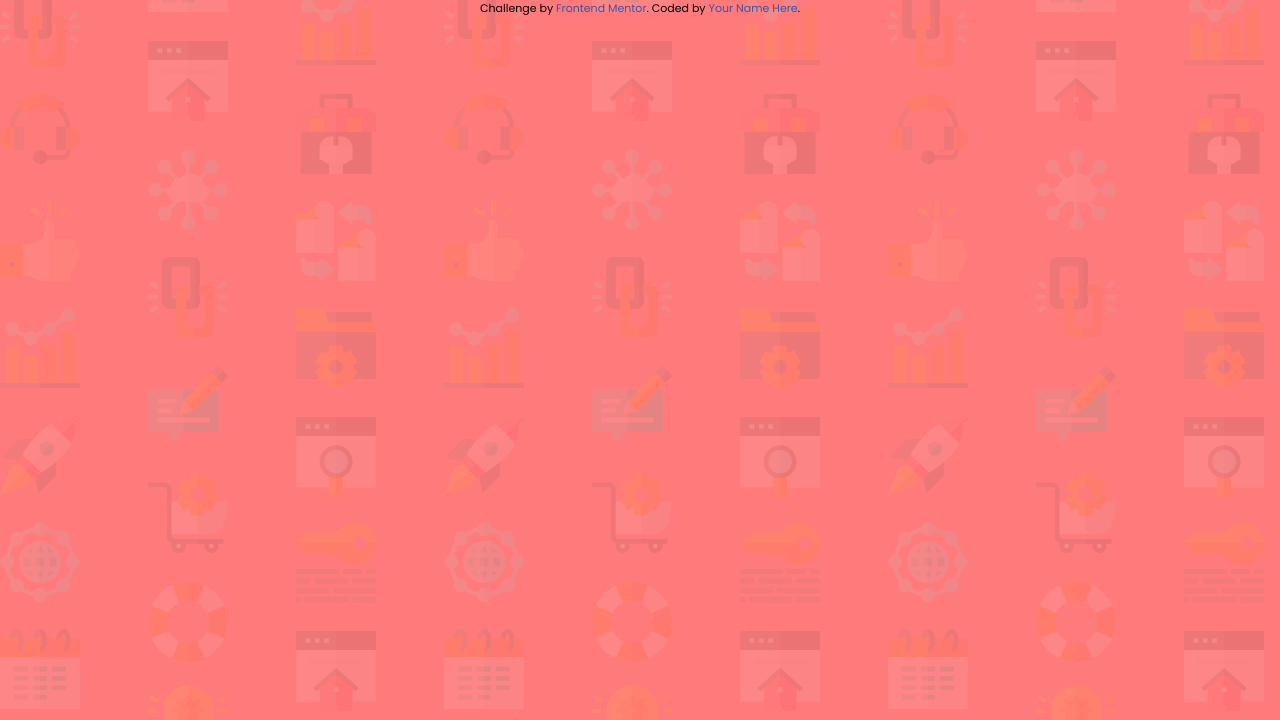
Repository: Akashiii1/WebSignup_Form_Day2
Page: index.html
The author's editor kept a copy of each file at every save. The page is drawn from the files as they stood at one save, then again after the next save.
The browser window is 1280 px wide. The pictures show the whole page.

Above is the page before, as saved 2021-12-19 16:22:28.

### index.html
<!DOCTYPE html>
<html lang="en">
<head>
  <meta charset="UTF-8">
  <meta name="viewport" content="width=device-width, initial-scale=1.0"> <!-- displays site properly based on user's device -->

  <link rel="icon" type="image/png" sizes="32x32" href="./images/favicon-32x32.png">

  <title>Frontend Mentor | Intro component with sign up form</title>

  <!-- Feel free to remove these styles or customise in your own stylesheet 👍 -->
  <link rel="stylesheet" href="style.css">
  <style>
    .attribution { font-size: 11px; text-align: center; }
    .attribution a { color: hsl(228, 45%, 44%); }
  </style>
</head>
<body>

  <!-- Learn to code by watching others

  See how experienced developers solve problems in real-time. Watching scripted tutorials is great,
  but understanding how developers think is invaluable.

  Try it free 7 days then $20/mo. thereafter

  First Name
  Last Name
  Email Address
  Password

  Claim your free trial

  By clicking the button, you are agreeing to our Terms and Services -->
  <div class="container">

  </div>
  <footer>
    <p class="attribution">
      Challenge by <a href="https://www.frontendmentor.io?ref=challenge" target="_blank">Frontend Mentor</a>.
      Coded by <a href="#">Your Name Here</a>.
    </p>
  </footer>
  <script src="app.js"></script>
</body>
</html>

### style.css
@import url('https://fonts.googleapis.com/css2?family=Poppins:wght@400;500;600;700&display=swap');
html {
box-sizing: border-box;
}
*{
margin: 0;
padding: 0;
}
*,*:before,*:after {
box-sizing: border-box;
}
input,
textarea,
select,
button{
outline: none;
}
input{
line-height: normal;
}
label,
button{
cursor: pointer;
}
a {
text-decoration: none;
}
img {
display: block;
max-width: 100%;
}
body{
  font-family: 'Poppins', sans-serif;
  background: url(images/bg-intro-desktop.png);
  background-color: hsl(0, 100%, 74%) ;
}

Loaded but not shown: app.js (no stored copy; drawn as an empty file)

After the next save:
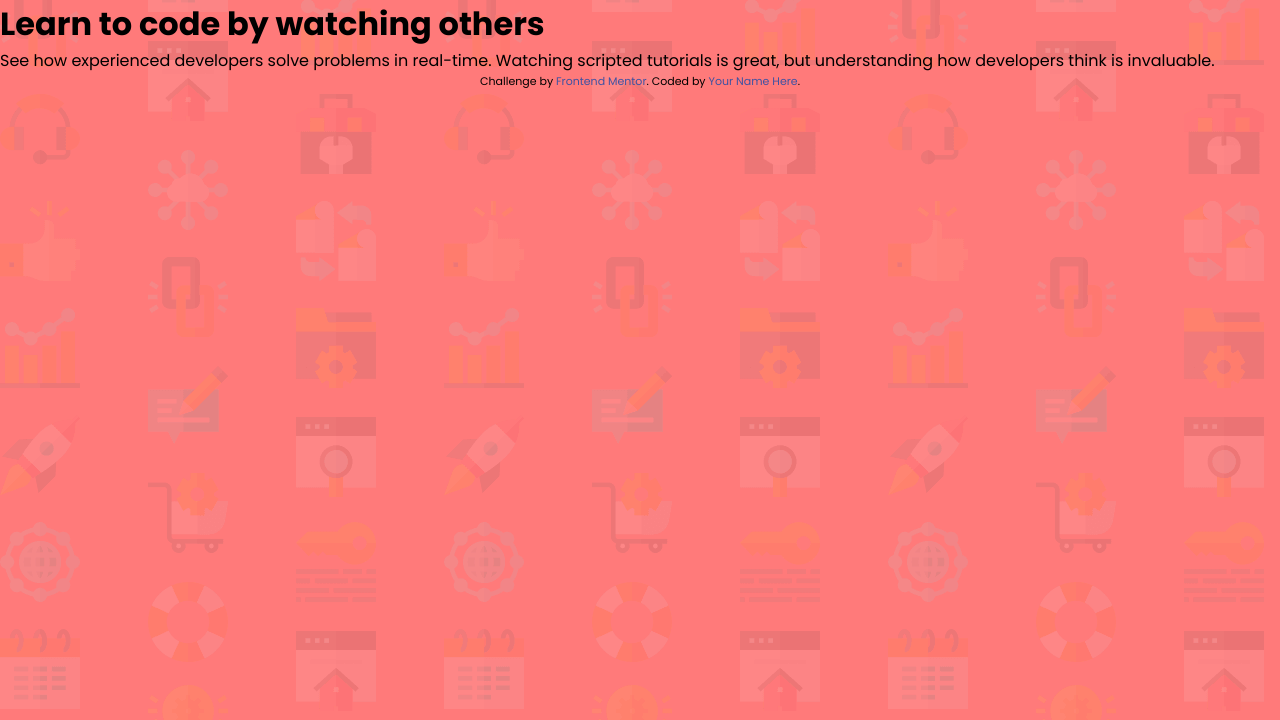
Saved 111 s later.
--- a/index.html
+++ b/index.html
@@ -17,10 +17,9 @@
 </head>
 <body>
 
-  <!-- Learn to code by watching others
+  <!--
 
-  See how experienced developers solve problems in real-time. Watching scripted tutorials is great,
-  but understanding how developers think is invaluable.
+
 
   Try it free 7 days then $20/mo. thereafter
 
@@ -33,7 +32,12 @@
 
   By clicking the button, you are agreeing to our Terms and Services -->
   <div class="container">
-
+    <div>
+      <h1>Learn to code by watching others</h1>
+      <p>See how experienced developers solve problems in real-time. Watching scripted tutorials is great,
+        but understanding how developers think is invaluable. </p>
+    </div>
+    <div></div>
   </div>
   <footer>
     <p class="attribution">
